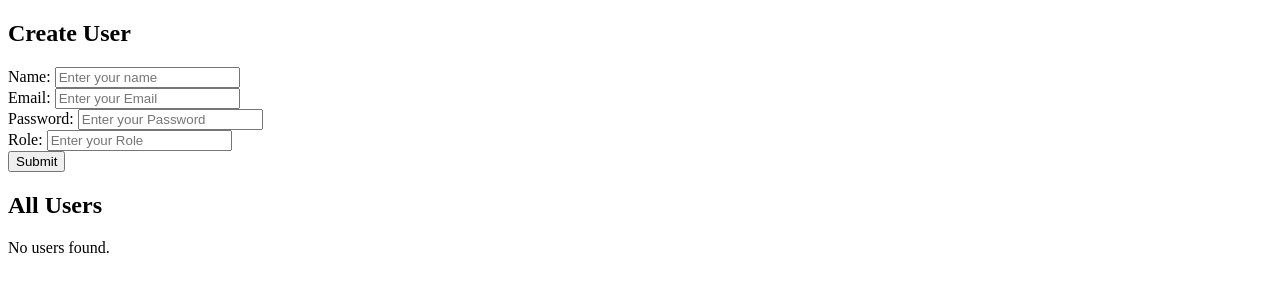
Repository: bharathabhi46/SkillSync-FrontEnd
Page: /UserList
An editor plug-in stored every save of this project. The page is shown before and after the next save, followed by the edit.
The browser window is 1280 px wide. The pictures show the whole page.
The page's requests for data from a server got no answer. The project was rebuilt for these pictures with package versions that can differ from the ones it lists, and the page was loaded fresh each time. No one was signed in, and anything a server would have sent is missing. Also part of the build but not shown: vite.config.js.

Above is the page before, as saved 2025-06-13 17:50:41.

### src/App.jsx
import React from "react";
import CreateUser from "./Components/CreateUser/CreateUser";
import UserList from "./Components/UserList/UserList";

const App = () => {
  return (
    <>
      <CreateUser />
      <UserList />
    </>
  );
};

export default App;

### src/Components/CreateUser/CreateUser.jsx
import React, { useState } from "react";

const CreateUser = () => {
  let url = "http://localhost:8080/api/users";
  let [formData, setFormData] = useState({
    name: "",
    email: "",
    password: "",
    role: "",
  });
  function handleOnChange(e) {
    setFormData((prevData) => ({
      ...prevData,
      [e.target.name]: e.target.value,
    }));
  }
  async function handleSubmit(e) {
    e.preventDefault();
    try {
      let res = await fetch(url, {
        method: "POST",
        headers: {
          "Content-Type": "application/json",
        },
        body: JSON.stringify(formData),
      });
      console.log(res);
      if (res.ok) {
        alert("User Created Successfully");
        setFormData({ name: "", email: "", password: "", role: "" });
      } else {
        alert("Failed to Create the User");
      }
    } catch (error) {
      console.error("Error", error);
    }
  }
  return (
    <div>
      <h2>Create User</h2>
      <form onSubmit={handleSubmit}>
        <label>Name: </label>
        <input
          type="text"
          name="name"
          id="name"
          value={formData.name}
          onChange={handleOnChange}
          placeholder="Enter your name"
        />
        <br />
        <label>Email: </label>
        <input
          type="email"
          name="email"
          id="email"
          value={formData.email}
          onChange={handleOnChange}
          placeholder="Enter your Email"
        />
        <br />
        <label>Password: </label>

        <input
          type="password"
          name="password"
          id="password"
          value={formData.password}
          onChange={handleOnChange}
          placeholder="Enter your Password"
        />
        <br />
        <label>Role: </label>
        <input
          type="text"
          name="role"
          id="role"
          value={formData.role}
          onChange={handleOnChange}
          placeholder="Enter your Role"
        />
        <br />
        <button type="submit">Submit</button>
      </form>
    </div>
  );
};

export default CreateUser;

### src/Components/UserList/UserList.jsx
import React, { useState, useEffect } from "react";

const UserList = () => {
  let [userList, setUserList] = useState([]);
  let url = "http://localhost:8080/api/users";
  let deleteUrl = "http://localhost:8080/api/users/";

  try {
    async function fetchUsers(url) {
      let res = await fetch(url);
      let data = await res.json();
      setUserList(data);
    }
    useEffect(() => {
      fetchUsers(url);
    }, []);
  } catch (error) {
    alert("Falied to Fetch Users");
    console.error("Error : ", error);
  }

  return (
    <div>
      <h2>All Users</h2>
      {userList.length === 0 ? (
        <p>No users found.</p>
      ) : (
        <table border="1" cellPadding="8" cellSpacing="0">
          <thead>
            <tr>
              <th>ID</th>
              <th>Name</th>
              <th>Email</th>
              <th>Role</th>
              <th>Password</th>
            </tr>
          </thead>
          <tbody>
            {userList.map((user) => (
              <tr key={user.id}>
                <td>{user.id}</td>
                <td>{user.name}</td>
                <td>{user.email}</td>
                <td>{user.role}</td>
                <td>{user.password}</td>
                <td>
                  <button>Delete</button>
                </td>
              </tr>
            ))}
          </tbody>
        </table>
      )}
    </div>
  );
};

export default UserList;

Loaded but not shown: index.html (common file); src/main.jsx (common file)

After the next save:
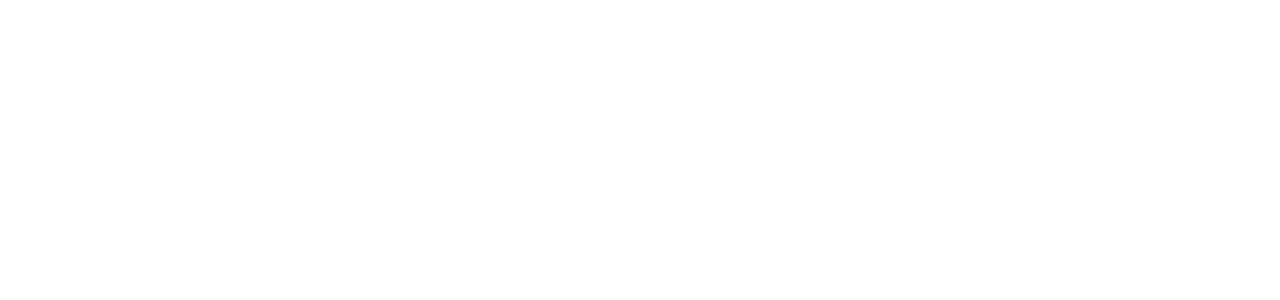
Console error: ReferenceError: fetchUsers is not defined
Saved 19 s later.
--- a/src/Components/UserList/UserList.jsx
+++ b/src/Components/UserList/UserList.jsx
@@ -11,14 +11,13 @@
       let data = await res.json();
       setUserList(data);
     }
-    useEffect(() => {
-      fetchUsers(url);
-    }, []);
   } catch (error) {
     alert("Falied to Fetch Users");
     console.error("Error : ", error);
   }
-
+  useEffect(() => {
+    fetchUsers(url);
+  }, []);
   return (
     <div>
       <h2>All Users</h2>

After the 2 saves that followed:
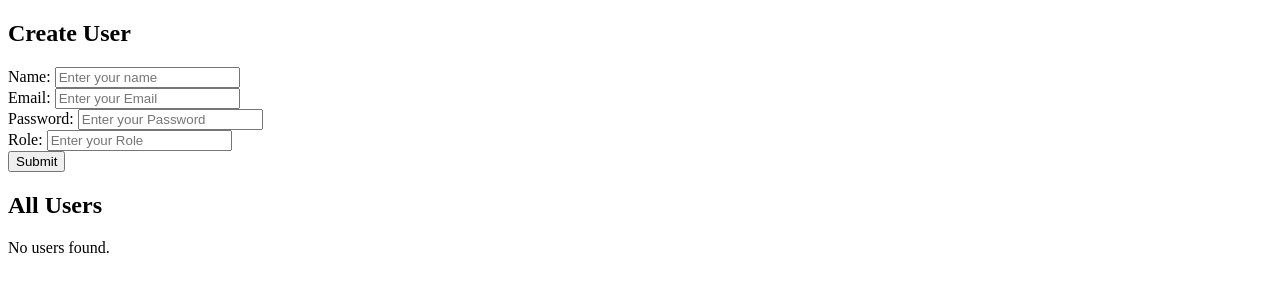
The error is gone.
The 2 saves are shown as one change because 1 did not build or start.
The last was saved 35 s later.
--- a/src/Components/UserList/UserList.jsx
+++ b/src/Components/UserList/UserList.jsx
@@ -4,16 +4,15 @@
   let [userList, setUserList] = useState([]);
   let url = "http://localhost:8080/api/users";
   let deleteUrl = "http://localhost:8080/api/users/";
-
-  try {
-    async function fetchUsers(url) {
+  async function fetchUsers(url) {
+    try {
       let res = await fetch(url);
       let data = await res.json();
       setUserList(data);
+    } catch (error) {
+      alert("Falied to Fetch Users");
+      console.error("Error : ", error);
     }
-  } catch (error) {
-    alert("Falied to Fetch Users");
-    console.error("Error : ", error);
   }
   useEffect(() => {
     fetchUsers(url);
